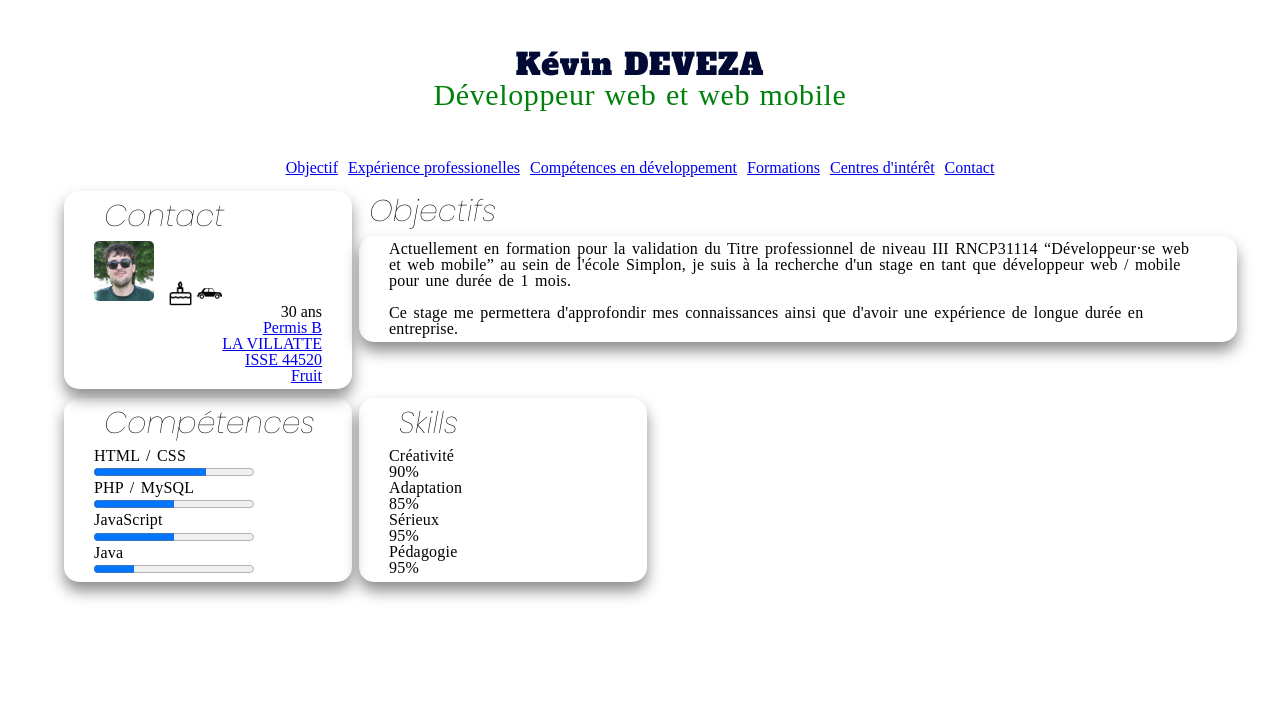
Repository: KevinDvZ/kevindvz.github.io
Page: index.html
An editor plug-in stored every save of this project. The page is shown before and after the next save, followed by the edit.
The browser window is 1280 px wide. The pictures show the whole page.

Above is the page before, as saved 2020-10-29 12:48:38.

After the next save:
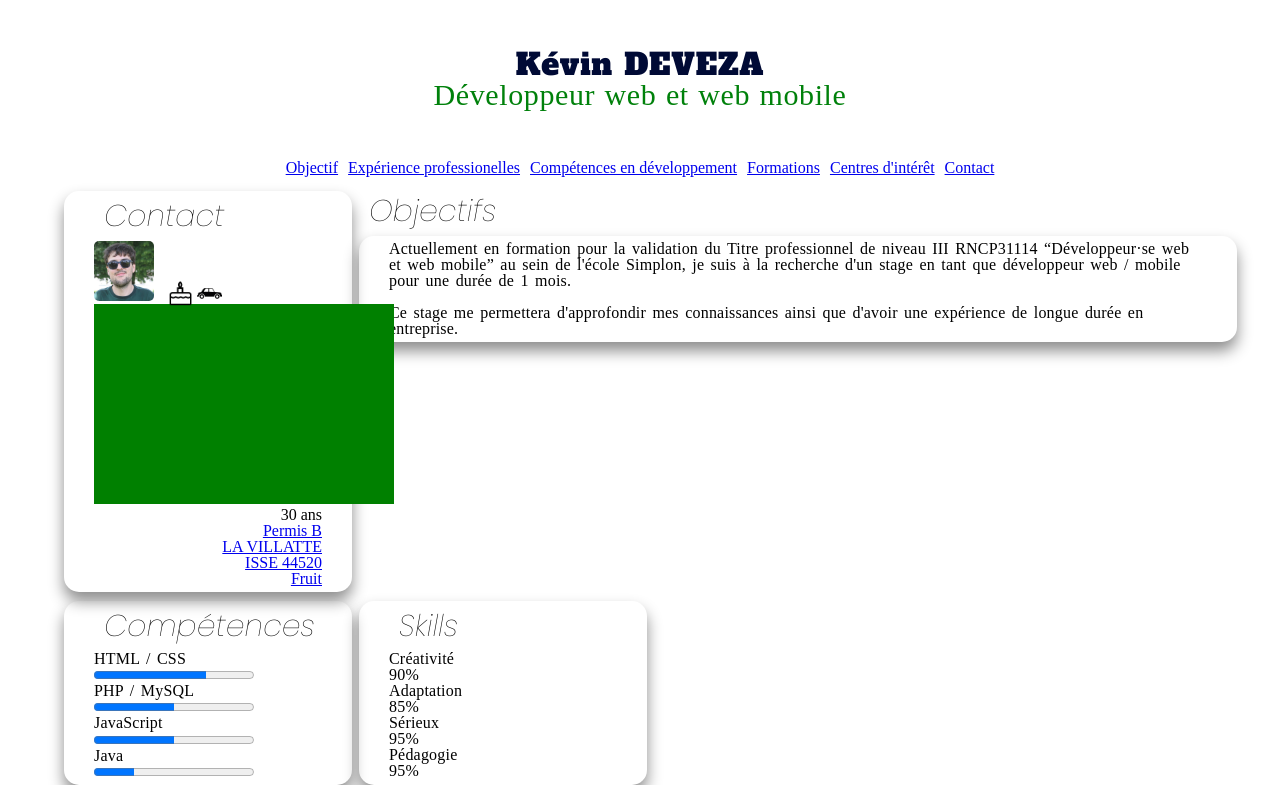
Saved 2 min 1 s later.
--- a/index.html
+++ b/index.html
@@ -49,7 +49,9 @@
       <img src="assets/icones/birthday_cake.png" alt="" class="icone">
       <img src="assets/icones/car.png" alt="" class="icone">
       <ul class="contact-liste">
-        <li><i class="assets/icones/birthday_cake.svg"></i>30 ans</a></li>
+        <li><svg width="300" height="200">
+            <rect width="100%" height="100%" fill="green" />
+        </svg>30 ans</a></li>
         <li><a href="#">Permis B</a></li>
         <li><a href="#">LA VILLATTE</a></li>
         <li><a href="#">ISSE 44520</a></li>
